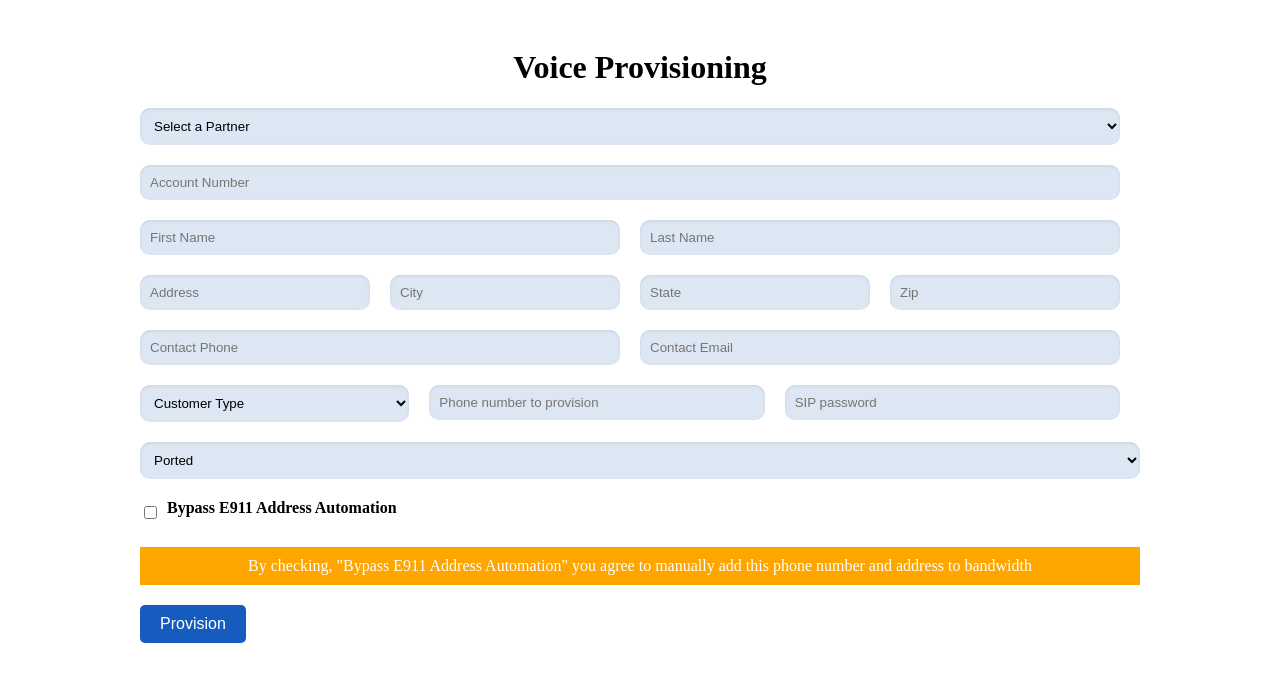
Repository: smallchungus/logiccom
Page: /
The author's editor kept a copy of each file at every save. The page is drawn from the files as they stood at one save, then again after the next save.
The browser window is 1280 px wide. The pictures show the whole page.
The project was rebuilt for these pictures with package versions that can differ from the ones it lists, and the page was loaded fresh each time. Also part of the build but not shown: vite.config.ts.

Above is the page before, as saved 2023-05-04 12:30:07.

After the next save:
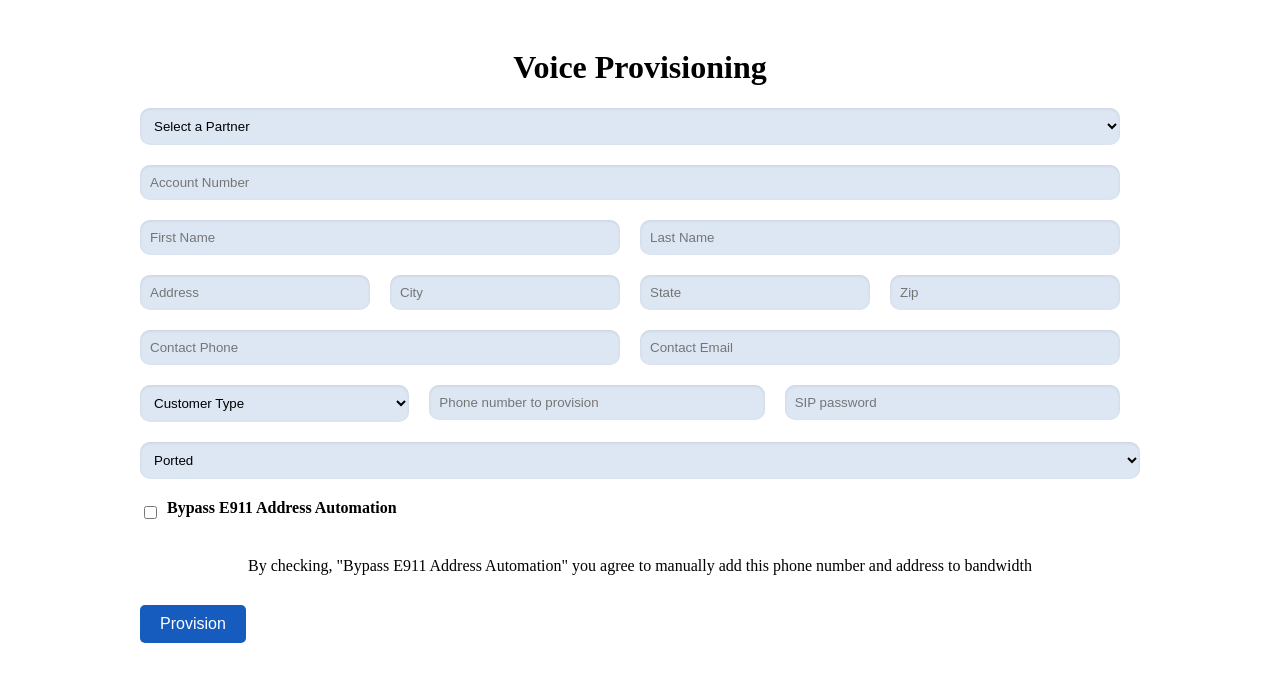
Saved 26 s later.
--- a/src/styles.css
+++ b/src/styles.css
@@ -67,7 +67,7 @@ header {
   }
 
   .warning-box {
-    background-color: orange;
+    text-color
     color: white;
     padding: 10px;
     margin-bottom: 20px;
